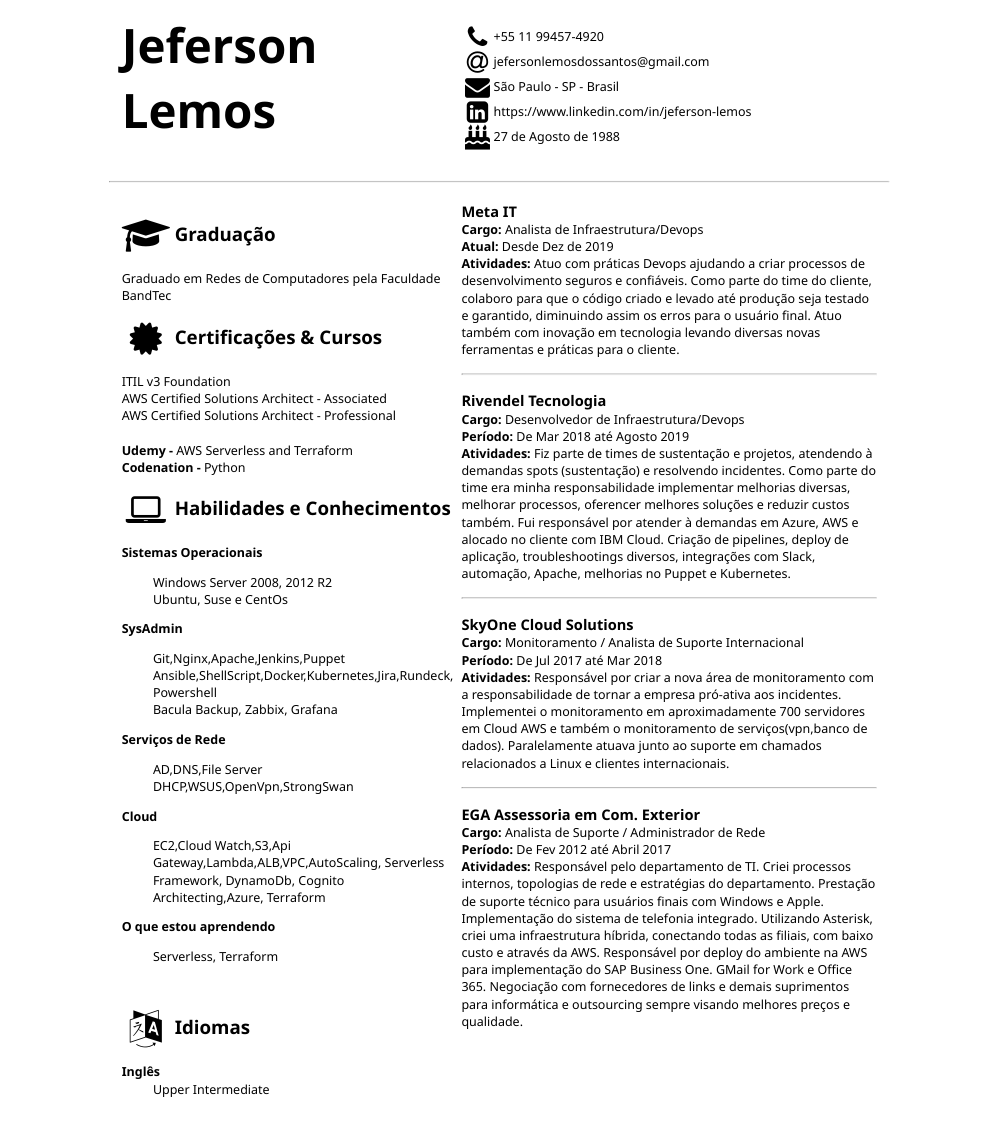
Repository: jefersonlemos/Resume-pt
Page: index.html
An editor plug-in stored every save of this project. The page is shown before and after the next save, followed by the edit.
The browser window is 1280 px wide. The pictures show the whole page, at 78% of full size.

Above is the page before, as saved 2020-06-15 11:57:51.

### index.html
<!DOCTYPE html>

<html lang="en">
<head>
    <meta charset="utf-8" />
    <title>Jeferson Lemos PT</title>
    <link rel="stylesheet" href="./css/normalize.css" type="text/css" />
    <link rel="stylesheet" href="./css/app.css" type="text/css" />
    <link rel="stylesheet" href="./css/font-awesome.min.css" type="text/css" />
</head>
<body>
    <div class="content">
        <header>
            <section>
                <h1>Jeferson <br />Lemos</h1>
            </section>
            <section>
                <ul>
                    <li>
                        <i class="fa fa-fw fa-2x fa-phone"></i>+55 11 99457-4920
                    </li>
                    <li>
                        <i class="fa fa-fw fa-2x fa-at"></i>jefersonlemosdossantos@gmail.com
                    </li>
                    <li>
                        <i class="fa fa-fw fa-2x fa-envelope"></i>São Paulo - SP - Brasil
                    </li>
                    <li>
                        <i class="fa fa-fw fa-2x fa-linkedin-square"></i>https://www.linkedin.com/in/jeferson-lemos
                    </li>
                    <li>
                        <i class="fa fa-fw fa-2x fa-birthday-cake"></i>27 de Agosto de 1988
                    </li>
                </ul>
            </section>
        </header>
        <hr />
        <main>
            <section>
                <article>
                    <h2><i class="fa fa-fw fa-2x fa-graduation-cap"></i> Graduação</h2>
                        Graduado em Redes de Computadores pela Faculdade BandTec

                </article>
                <article>
                    <h2><i class="fa fa-fw fa-2x fa-certificate"></i> Certificações & Cursos</h2>

                        ITIL v3 Foundation </br>
                        AWS Certified Solutions Architect - Associated </br>
                        AWS Certified Solutions Architect - Professional</br>
						</br>

					<b>Udemy - </b>AWS Serverless and Terraform</br>
					<b>Codenation - </b> Python </br>

                </article>
				 <article>
                    <h2><i class="fa fa-fw fa-2x fa-laptop"></i> Habilidades e Conhecimentos</h2>
                    <dl>
                        <dt>Sistemas Operacionais</dt>
                        <dd>
                            <ul>
                                <li>Windows Server 2008, 2012 R2</li>
                                <li>Ubuntu, Suse e CentOs</li>
                            </ul>
                        </dd>
                        <dt>SysAdmin</dt>
                        <dd>
                            <ul>
                                <li>Git,Nginx,Apache,Jenkins,Puppet</li>
                                <li>Ansible,ShellScript,Docker,Kubernetes,Jira,Rundeck, Powershell </li>
                                <li>Bacula Backup, Zabbix, Grafana</li>

                            </ul>
                        </dd>
                        <dt>Serviços de Rede</dt>
                        <dd>
                            <ul>
                                <li>AD,DNS,File Server DHCP,WSUS,OpenVpn,StrongSwan</li>
                            </ul>
                        </dd>
                        <dt>Cloud</dt>
                        <dd>
                            <ul>
                                <li>EC2,Cloud Watch,S3,Api Gateway,Lambda,ALB,VPC,AutoScaling, Serverless Framework, DynamoDb, Cognito</li>
                                <li>Architecting,Azure, Terraform </li>
                            </ul>
                        </dd>
                        <dt>O que estou aprendendo</dt>
                        <dd>
                            <ul>
                                <li>Serverless, Terraform</li>
                            </ul>
                        </dd>
                    </dl>
                </article>
                <br />
                <article>
                    <h2><i class="fa fa-fw fa-2x fa-language"></i> Idiomas</h2>
                    <dl>
                        <dt>Inglês</dt>
                        <dd>Upper Intermediate</dd>
                    </dl>
                </article>
            </section>
            <section>
                <article>
                    <h3>Meta IT</h3>
                    <strong>Cargo:</strong> Analista de Infraestrutura/Devops <br />
                    <strong>Atual:</strong> Desde Dez de 2019<br />
                    <strong>Atividades:</strong> Atuo com práticas Devops ajudando a criar processos de desenvolvimento seguros e confiáveis. Como parte do time do cliente,
                     colaboro para que o código criado e levado até produção seja testado e garantido, diminuindo assim os erros para o usuário final.
                     Atuo também com inovação em tecnologia levando diversas novas ferramentas e práticas para o cliente.
                    <hr />
					<h3>Rivendel Tecnologia</h3>
                    <strong>Cargo:</strong> Desenvolvedor de Infraestrutura/Devops <br />
                    <strong>Período:</strong> De Mar 2018 até Agosto 2019<br />
                    <strong>Atividades:</strong> Fiz parte de times de sustentação e projetos, atendendo à demandas spots (sustentação) e resolvendo incidentes.
                    Como parte do time era minha responsabilidade implementar melhorias diversas, melhorar processos, oferencer melhores soluções e reduzir custos também.
                    Fui responsável por atender à demandas em Azure, AWS e alocado no cliente com IBM Cloud. Criação de pipelines, deploy de aplicação, troubleshootings diversos,
                     integrações com Slack, automação, Apache, melhorias no Puppet e Kubernetes.
                    <hr />
		            <h3>SkyOne Cloud Solutions</h3>
                    <strong>Cargo:</strong> Monitoramento / Analista de Suporte Internacional <br />
                    <strong>Período:</strong> De Jul 2017 até Mar 2018<br />
                    <strong>Atividades:</strong> Responsável por criar a nova área de monitoramento com a responsabilidade de tornar a empresa pró-ativa aos incidentes.
                    Implementei o monitoramento em aproximadamente 700 servidores em Cloud AWS e também o monitoramento de serviços(vpn,banco de dados).
			        Paralelamente atuava junto ao suporte em chamados relacionados a Linux e clientes internacionais.
                    <hr />
                    <h3>EGA Assessoria em Com. Exterior</h3>
                    <strong>Cargo:</strong> Analista de Suporte / Administrador de Rede  <br />
                    <strong>Período:</strong> De Fev 2012 até Abril 2017<br />
                    <strong>Atividades:</strong> Responsável pelo departamento de TI. Criei processos internos, topologias de rede e estratégias do departamento.
                    Prestação de suporte técnico para usuários finais com Windows e Apple. Implementação do sistema de telefonia integrado. Utilizando Asterisk,
                    criei uma infraestrutura híbrida, conectando todas as filiais, com baixo custo e através da AWS. Responsável por deploy do ambiente na AWS para
                    implementação do SAP Business One. GMail for Work e Office 365. Negociação com fornecedores de links e demais suprimentos para informática e outsourcing
                    sempre visando melhores preços e qualidade.
                    <!-- <hr />
                    <h3>Kosmos Tecnologia</h3>
                    <strong>Cargo:</strong> Empreendedor<br />
                    <strong>Período:</strong> De Nov 2009 até Fev 2012<br />
                    <strong>Atividades:</strong> Eu fui um empreendedor e fui responsável por prover suporte técnico (hardware e software) para os clientes.
                    Fui também responsável por procurar novos clientes.
                    Prestei consultoria para pequenas empresas montando novos escritórios, criando websites, politicas de rede, backups e melhorias na rede.
                    Migrei um grande site chamado famosidades.com.br de um pequeno hosting para um hosting maior e mais seguro, migrei de Windows para Linux.
                    <hr /> -->
                   <!-- <h3>Stefanini IT Solutions</h3>
                    <strong>Cargo:</strong> Analista de Suporte I & II<br />
                    <strong>Periodo:</strong> De Nov 2008 até Nov 2009<br />
                    <strong>Atividades :</strong> Meu primeiro emprego, eu prestei suporte técnico em início de carreira. Participei de um projeto de migração de
                    1000 hosts de um domínio Windows 2003 para um novo domínio WIndows 2008.
                    <hr />-->
                </article>
            </section>
        </main>
        <footer>

        </footer>
    </div>
</body>
</html>

### css/app.css
body {
    font-family: 'Segoe UI', sans-serif;
}

.content {
    width: 1000px;
    margin: 0 auto;
}

header,
main {
    display: flex;
    padding: 1rem;
}

    header section,
    main section {
        -ms-flex: 1;
        flex: 1;
    }
    header section:first-child,
    main section:first-child {
        max-width: 45%;
    }

header h1 {
    font-size: 3.8rem;
    margin: 0;
}
main h3 {
    margin: 0;
}
main hr {
    margin: 20px 0;
}
header .fa,
main .fa {
    vertical-align: middle;
}
ul {
    list-style: none;
    padding: 0;
}

dt {
    font-weight: bold;
}

Loaded but not shown: css/normalize.css (library); css/font-awesome.min.css (library)

After the next save:
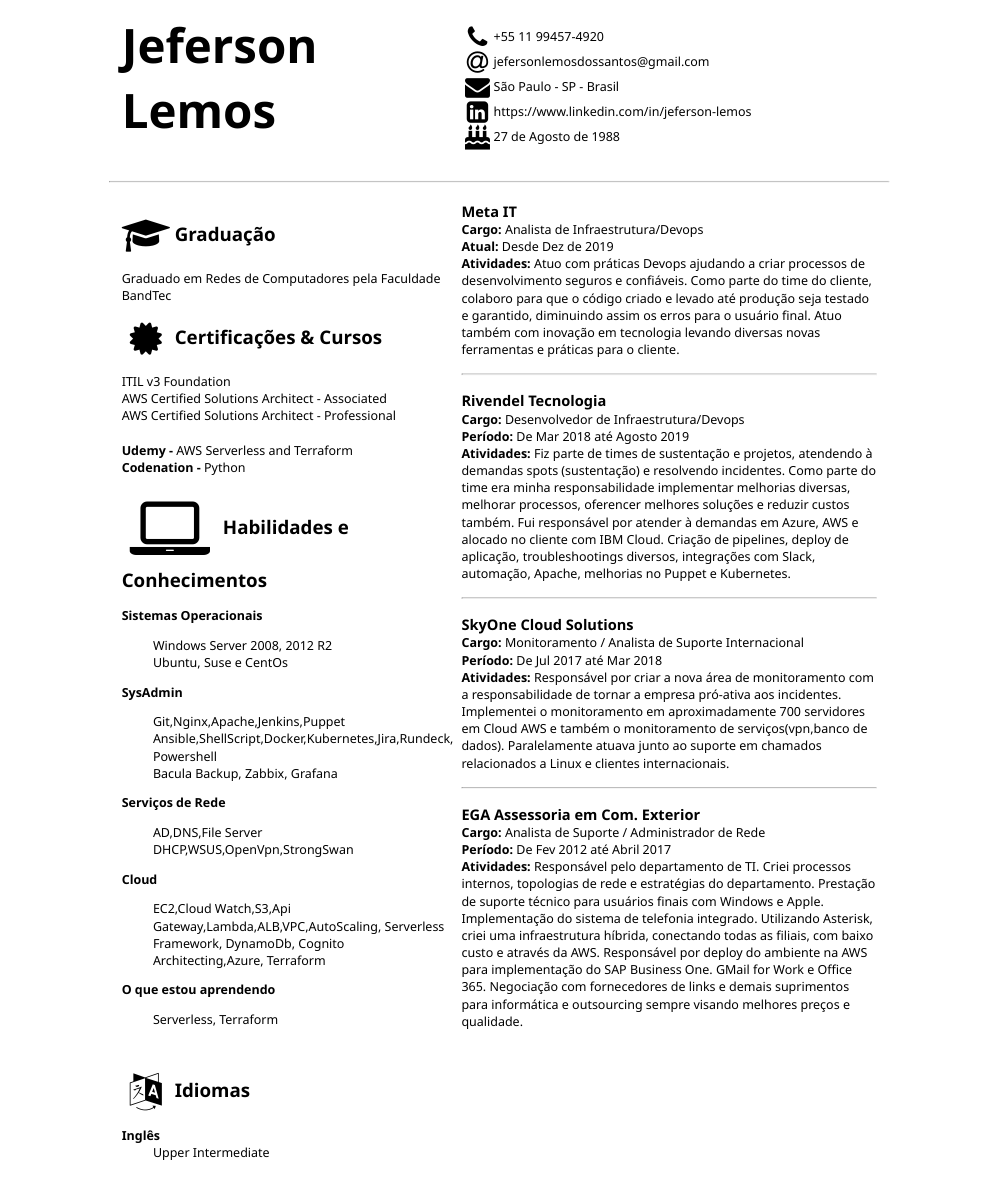
Saved 2 min 49 s later.
--- a/index.html
+++ b/index.html
@@ -55,7 +55,7 @@
 
                 </article>
 				 <article>
-                    <h2><i class="fa fa-fw fa-2x fa-laptop"></i> Habilidades e Conhecimentos</h2>
+                    <h2><i class="fa fa-fw fa-4x fa-laptop"></i> Habilidades e Conhecimentos</h2>
                     <dl>
                         <dt>Sistemas Operacionais</dt>
                         <dd>
